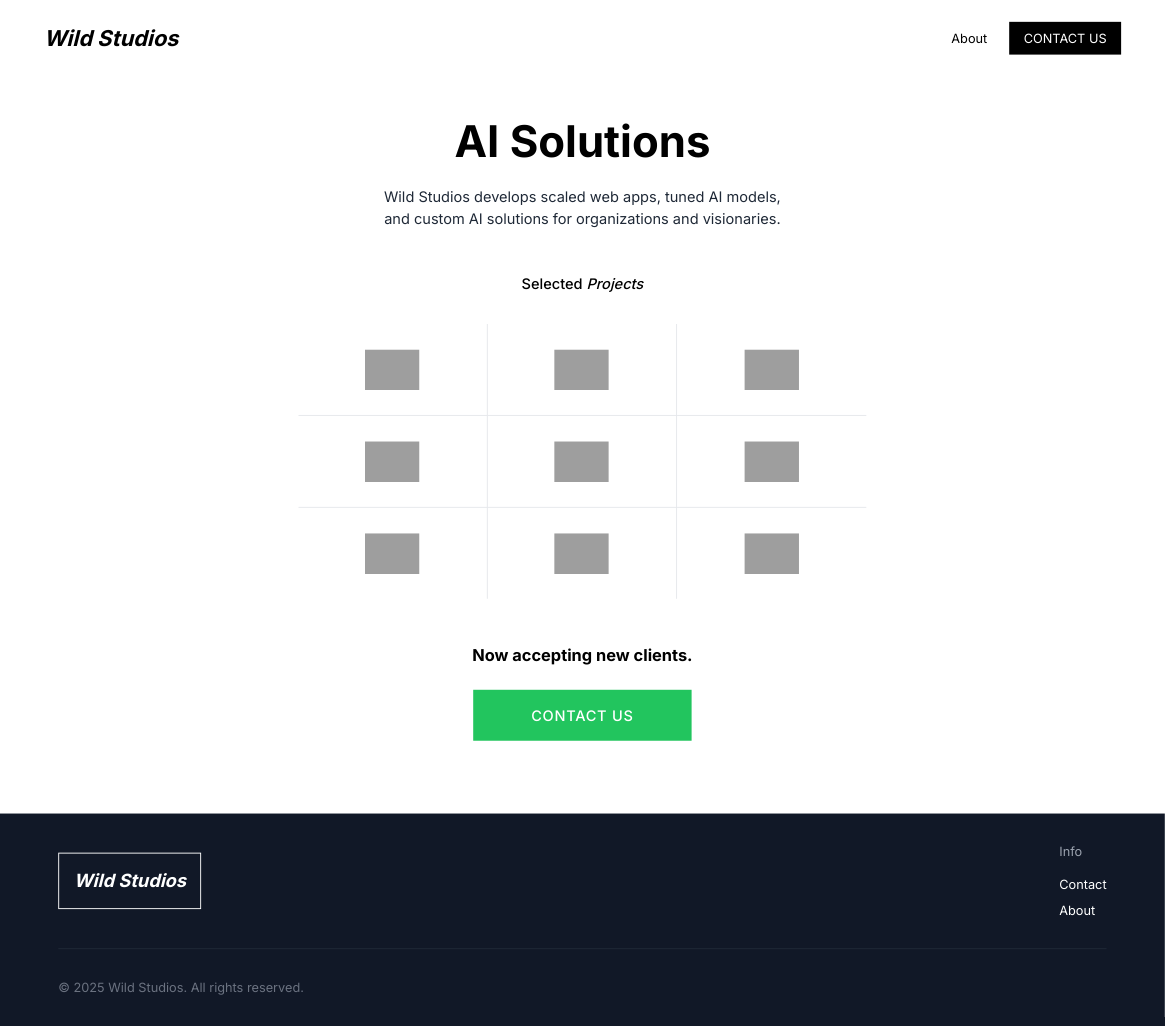
Repository: wpulier/wildstudio
Page: /
The author's editor kept a copy of each file at every save. The page is drawn from the files as they stood at one save, then again after the next save.
The browser window is 1280 px wide. The pictures show the whole page, at 91% of full size.
Pictures or frames that could not be fetched are drawn as grey boxes. The project was rebuilt for these pictures with package versions that can differ from the ones it lists, and the page was loaded fresh each time. The framework's server and built-in components were replaced by stand-ins that run in the browser. Also part of the build but not shown: next.config.mjs.

Above is the page before, as saved 2025-03-01 14:29:12.

### src/app/layout.tsx
import type { Metadata } from "next";
import { Inter } from "next/font/google";
import "./globals.css";
import Footer from "./components/Footer";
import Navigation from "./components/Navigation";

const inter = Inter({ subsets: ["latin"] });

export const metadata: Metadata = {
  title: "Wild Studios | Design for the Digital Age",
  description: "Wild Studios designs products for the future. From digital interfaces to brand identities to immersive apps.",
};

export default function RootLayout({
  children,
}: Readonly<{
  children: React.ReactNode;
}>) {
  return (
    <html lang="en">
      <body className={inter.className}>
        <div className="flex flex-col min-h-screen">
          <Navigation />
          <main className="flex-grow mb-8">
            {children}
          </main>
          <Footer />
        </div>
      </body>
    </html>
  );
}

### src/app/page.tsx
import Link from 'next/link';
import { projects } from '@/data/projects';

export default function Home() {
  return (
    <>
      {/* Hero Section */}
      <section className="flex flex-col items-center justify-center text-center px-4 mt-8 md:mt-12">
        <h1 className="text-3xl md:text-5xl font-bold max-w-3xl">
          AI Solutions
        </h1>

        <p className="mt-4 md:mt-6 max-w-2xl text-center text-sm md:text-base text-gray-800">
          Wild Studios develops scaled web apps, tuned AI models,<br />
          and custom AI solutions for organizations and visionaries.
        </p>
      </section>

      {/* Projects Grid Section */}
      <section className="px-4 md:px-6 py-12 mx-auto w-full max-w-2xl">
        <h2 className="text-13 font-medium text-center mb-8">
          Selected <span className="italic">Projects</span>
        </h2>

        {/* Project Grid */}
        <div className="mx-auto mb-12">
          <div className="grid grid-cols-3 mx-auto">
            {projects.map((project, index) => {
              const isRightBorder = index % 3 !== 2;
              const isBottomBorder = index < 6;

              return (
                <Link
                  key={index}
                  href={`/projects/${project.slug}`}
                  className={`
                    block
                    ${isRightBorder ? 'border-r border-gray-200' : ''}
                    ${isBottomBorder ? 'border-b border-gray-200' : ''}
                  `}
                >
                  <div className="h-[100px] w-full flex justify-center items-center group">
                    <img
                      src={project.logo}
                      alt={project.name}
                      className="w-[45%] h-[45%] object-contain transition-transform duration-200
                               group-hover:scale-110"
                    />
                  </div>
                </Link>
              );
            })}
          </div>
        </div>

        {/* CTA Section - Integrated with Projects section */}
        <div className="text-center mt-8">
          <p className="mb-6 font-bold text-lg">Now accepting new clients.</p>
          <Link
            href="/contact"
            className="inline-block bg-[#22c55e] hover:bg-[#16a34a] text-white py-4 px-16 uppercase tracking-wider text-base font-medium transition-colors duration-200"
          >
            CONTACT US
          </Link>
        </div>
      </section>
    </>
  );
}

### src/app/globals.css
@tailwind base;
@tailwind components;
@tailwind utilities;

:root {
  --foreground-rgb: 0, 0, 0;
  --background-rgb: 255, 255, 255;
}

body {
  color: rgb(var(--foreground-rgb));
  background: rgb(var(--background-rgb));
}

a {
  transition: color 0.2s ease;
}

button {
  transition: opacity 0.2s ease;
}

button:hover {
  opacity: 0.9;
}

### src/app/components/Footer.tsx
import Link from 'next/link';

export default function Footer() {
  return (
    <footer className="bg-gray-900 text-white py-6 md:py-8 px-4 md:px-12">
      <div className="max-w-6xl mx-auto">
        <div className="flex flex-col md:flex-row md:justify-between md:items-center">
          {/* Logo */}
          <div className="mb-6 md:mb-0">
            <div className="border border-white p-3 md:p-4 inline-block">
              <span className="text-lg md:text-xl italic font-bold">Wild Studios</span>
            </div>
          </div>

          {/* Simplified Navigation */}
          <div>
            <h4 className="text-xs md:text-sm text-gray-400 mb-2 md:mb-4">Info</h4>
            <ul className="space-y-1 md:space-y-2 text-sm">
              <li><Link href="/contact" className="hover:underline">Contact</Link></li>
              <li><Link href="/about" className="hover:underline">About</Link></li>
            </ul>
          </div>
        </div>

        <div className="mt-6 md:mt-8 pt-4 md:pt-8 border-t border-gray-800 text-xs md:text-sm text-gray-500">
          © {new Date().getFullYear()} Wild Studios. All rights reserved.
        </div>
      </div>
    </footer>
  );
}

### src/app/components/Navigation.tsx
import Link from 'next/link';

export default function Navigation() {
  return (
    <header className="flex justify-between items-center py-4 md:py-6 px-4 md:px-12">
      <Link href="/" className="text-xl md:text-2xl font-bold italic">
        Wild Studios
      </Link>
      <nav className="flex items-center space-x-3 md:space-x-6">
        <Link href="/about" className="text-sm hover:underline">About</Link>
        <Link href="/contact" className="text-sm bg-black text-white px-3 py-1.5 md:px-4 md:py-2">
          CONTACT US
        </Link>
      </nav>
    </header>
  );
}

### src/data/projects.ts
export interface Project {
  name: string;
  slug: string;
  logo: string;
  description: string;
}

export const projects: Project[] = [
  {
    name: "Spotify",
    slug: "spotify",
    logo: "https://upload.wikimedia.org/wikipedia/commons/thumb/8/84/Spotify_icon.svg/232px-Spotify_icon.svg.png",
    description: "Redesigning the listening experience"
  },
  {
    name: "Adobe",
    slug: "adobe",
    logo: "https://upload.wikimedia.org/wikipedia/commons/thumb/8/8d/Adobe_Corporate_Logo.png/220px-Adobe_Corporate_Logo.png",
    description: "Reimagining creative tools"
  },
  {
    name: "Tesla",
    slug: "tesla",
    logo: "https://upload.wikimedia.org/wikipedia/commons/thumb/b/bd/Tesla_Motors.svg/220px-Tesla_Motors.svg.png",
    description: "Future of automotive interfaces"
  },
  {
    name: "Airbnb",
    slug: "airbnb",
    logo: "https://upload.wikimedia.org/wikipedia/commons/thumb/6/69/Airbnb_Logo_B%C3%A9lo.svg/220px-Airbnb_Logo_B%C3%A9lo.svg.png",
    description: "Revolutionizing travel experiences"
  },
  {
    name: "Apple",
    slug: "apple",
    logo: "https://upload.wikimedia.org/wikipedia/commons/thumb/f/fa/Apple_logo_black.svg/220px-Apple_logo_black.svg.png",
    description: "Designing next-gen devices"
  },
  {
    name: "Slack",
    slug: "slack",
    logo: "https://upload.wikimedia.org/wikipedia/commons/thumb/d/d5/Slack_icon_2019.svg/220px-Slack_icon_2019.svg.png",
    description: "Transforming workplace communication"
  },
  {
    name: "Netflix",
    slug: "netflix",
    logo: "https://upload.wikimedia.org/wikipedia/commons/thumb/0/08/Netflix_2015_logo.svg/220px-Netflix_2015_logo.svg.png",
    description: "Reimagining streaming experiences"
  },
  {
    name: "Google",
    slug: "google",
    logo: "https://upload.wikimedia.org/wikipedia/commons/thumb/2/2f/Google_2015_logo.svg/220px-Google_2015_logo.svg.png",
    description: "Creating the search of tomorrow"
  },
  {
    name: "Twitter",
    slug: "twitter",
    logo: "https://upload.wikimedia.org/wikipedia/commons/thumb/6/6f/Logo_of_Twitter.svg/220px-Logo_of_Twitter.svg.png",
    description: "Redefining social conversations"
  }
];

### tailwind.config.js
/** @type {import('tailwindcss').Config} */
module.exports = {
  content: [
    "./src/app/**/*.{js,ts,jsx,tsx}",
    "./src/pages/**/*.{js,ts,jsx,tsx}",
    "./src/components/**/*.{js,ts,jsx,tsx}",
  ],
  theme: {
    extend: {},
  },
  plugins: [],
}

After the next save:
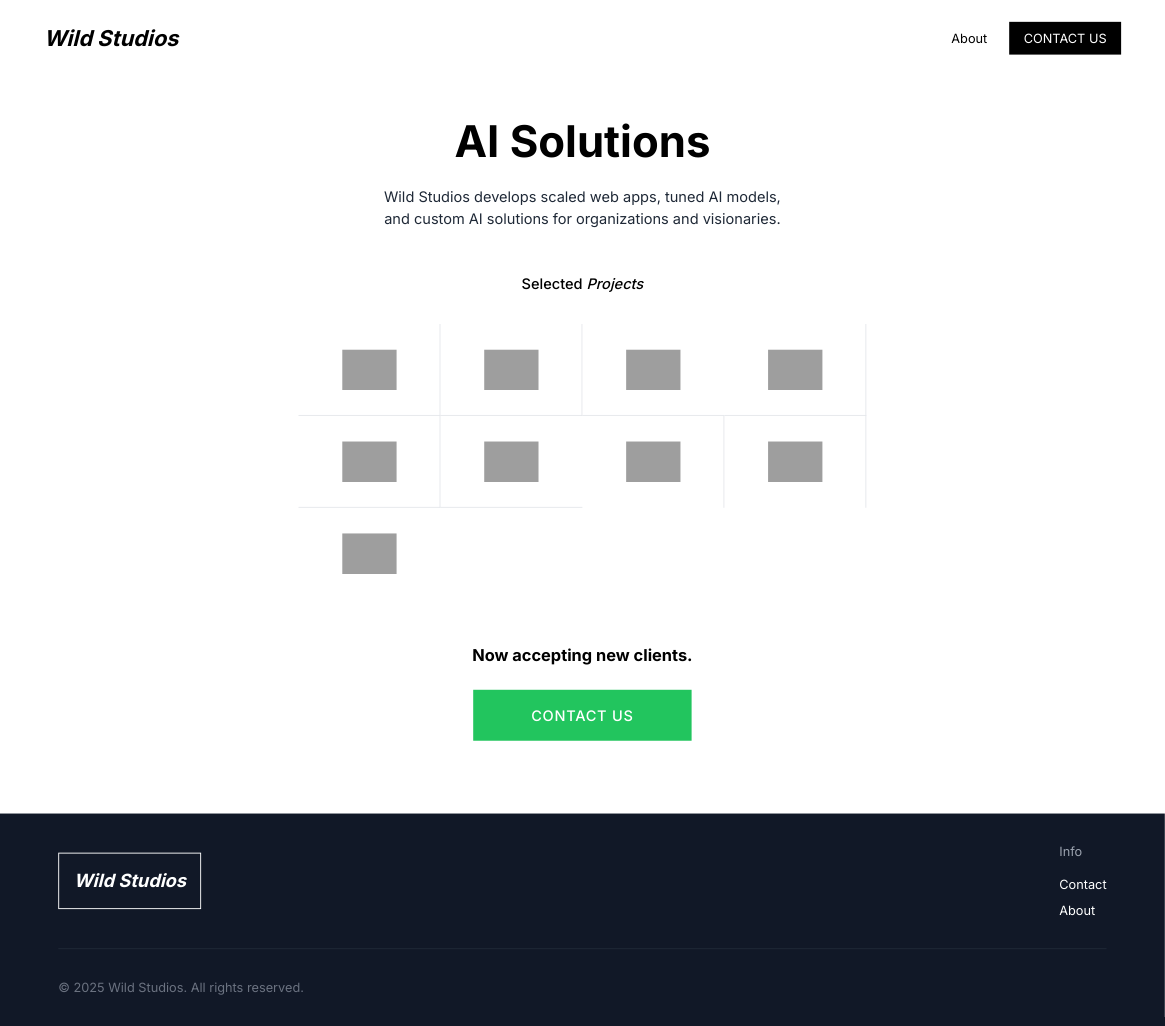
Saved 67 s later.
--- a/src/app/page.tsx
+++ b/src/app/page.tsx
@@ -24,7 +24,7 @@
 
         {/* Project Grid */}
         <div className="mx-auto mb-12">
-          <div className="grid grid-cols-3 mx-auto">
+          <div className="grid grid-cols-4 mx-auto">
             {projects.map((project, index) => {
               const isRightBorder = index % 3 !== 2;
               const isBottomBorder = index < 6;

After the save that followed:
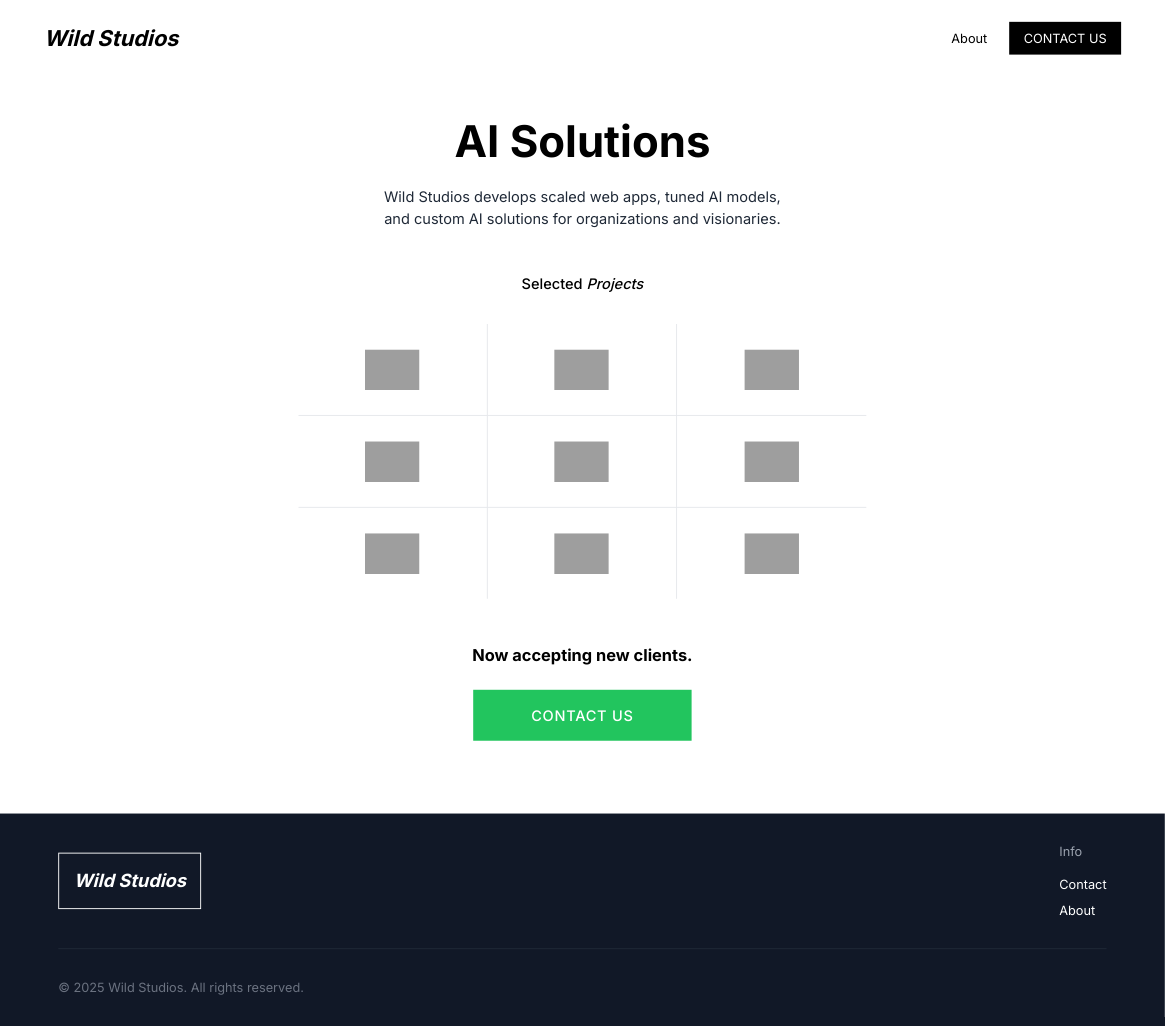
Saved 7 s later.
--- a/src/app/page.tsx
+++ b/src/app/page.tsx
@@ -24,7 +24,7 @@
 
         {/* Project Grid */}
         <div className="mx-auto mb-12">
-          <div className="grid grid-cols-4 mx-auto">
+          <div className="grid grid-cols-3 mx-auto">
             {projects.map((project, index) => {
               const isRightBorder = index % 3 !== 2;
               const isBottomBorder = index < 6;
